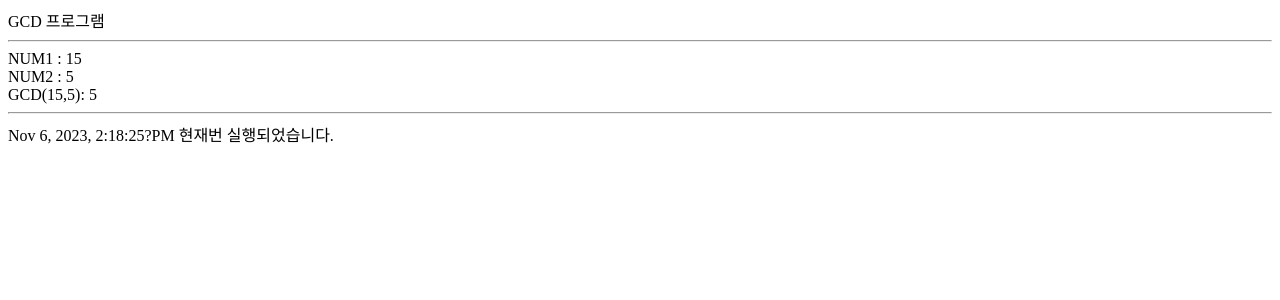
Repository: ChoiOnion/-
Page: http://localhost/과제12/과제12.jsp
An editor plug-in stored every save of this project. The page is shown before and after the next save, followed by the edit.
The browser window is 1280 px wide. The pictures show the whole page.
The page is served by Tomcat 9.

Above is the page before, as saved 2023-11-07 07:17:55.

After the next save:
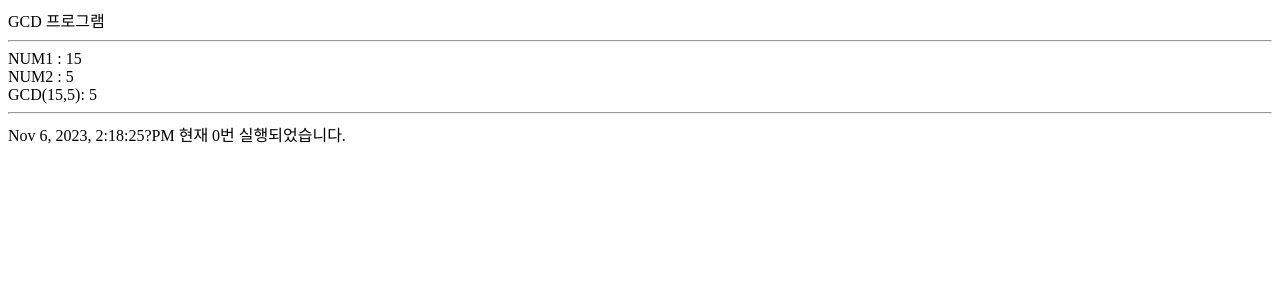
Saved 17 s later.
--- a/과제12_jsp최대공약수/과제12/src/main/webapp/과제12.jsp
+++ b/과제12_jsp최대공약수/과제12/src/main/webapp/과제12.jsp
@@ -26,6 +26,6 @@
 		<hr>
 		<%= new Date().toLocaleString() %>
 
-		<%out.print("현재번 실행되었습니다."); %>
+		<%out.print("현재 "+count+"번 실행되었습니다."); %>
 	</body>
 </html>
